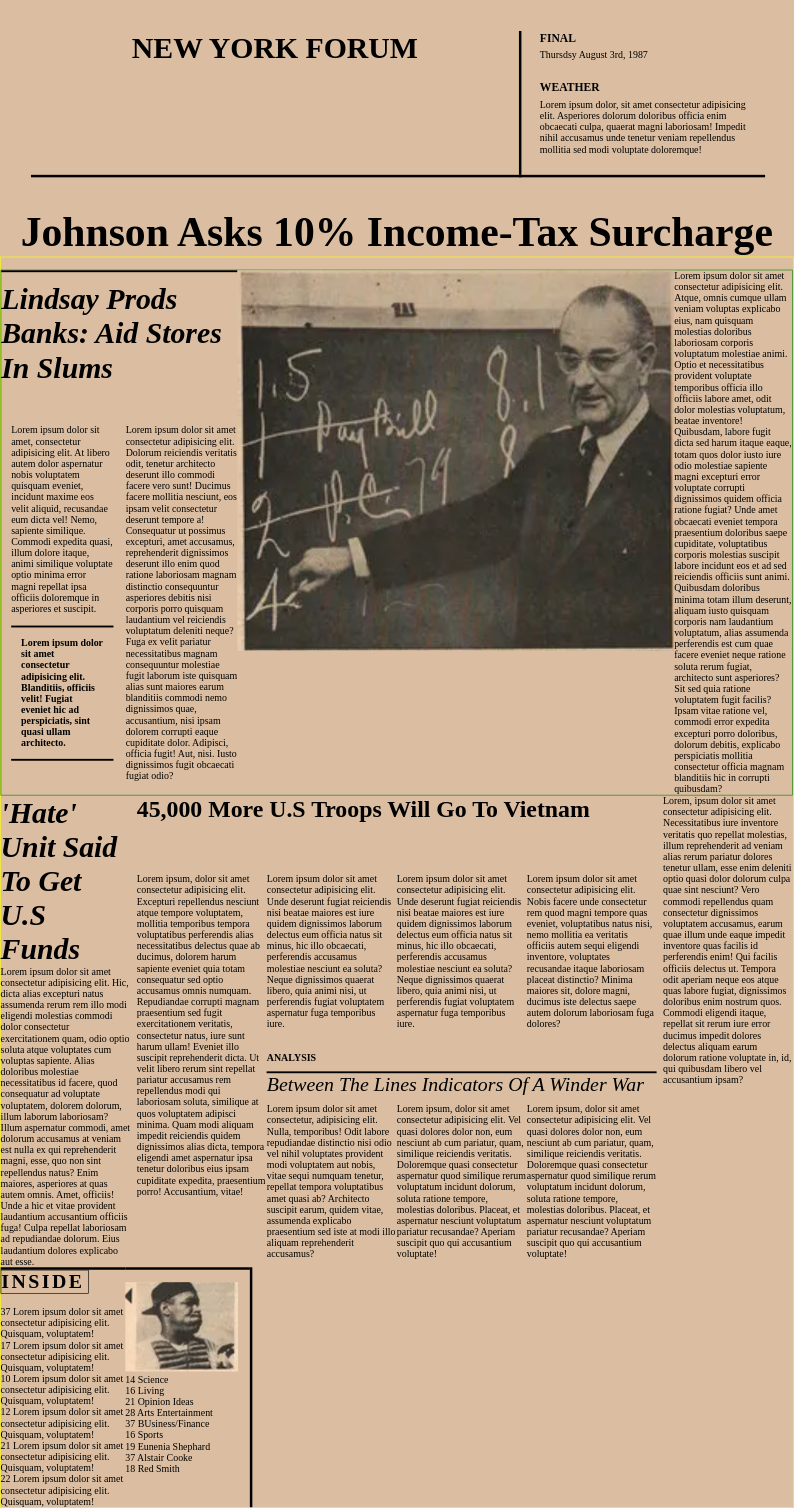
Repository: Arkitecth/newspaper-grid
Page: index.html
The author's editor kept a copy of each file at every save. The page is drawn from the files as they stood at one save, then again after the next save.
The browser window is 1280 px wide. The pictures show the whole page, at 62% of full size.

Above is the page before, as saved 2023-05-29 22:26:31.

After the next save:
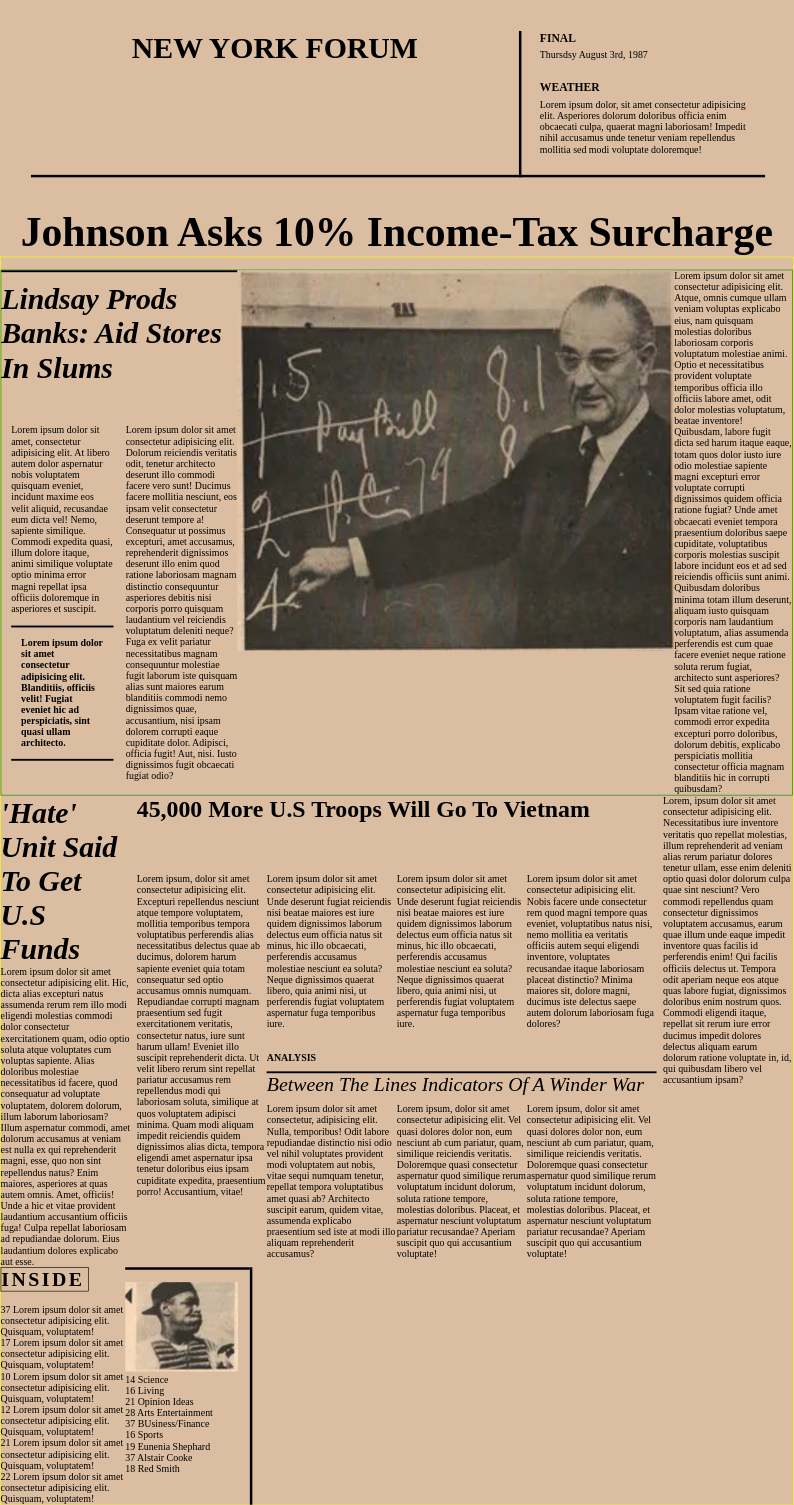
Saved 15 s later.
--- a/index.html
+++ b/index.html
@@ -88,7 +88,7 @@
             <div class="third-row">
                 <div class="first-column">
                     <div class="first">
-                        <div class="line"></div>
+                        <div class="first-line"></div>
                         <h3>Inside </h3>
                         <p>37 Lorem ipsum dolor sit amet consectetur adipisicing elit. Quisquam, voluptatem!</p>
                         <p>17 Lorem ipsum dolor sit amet consectetur adipisicing elit. Quisquam, voluptatem!</p>
